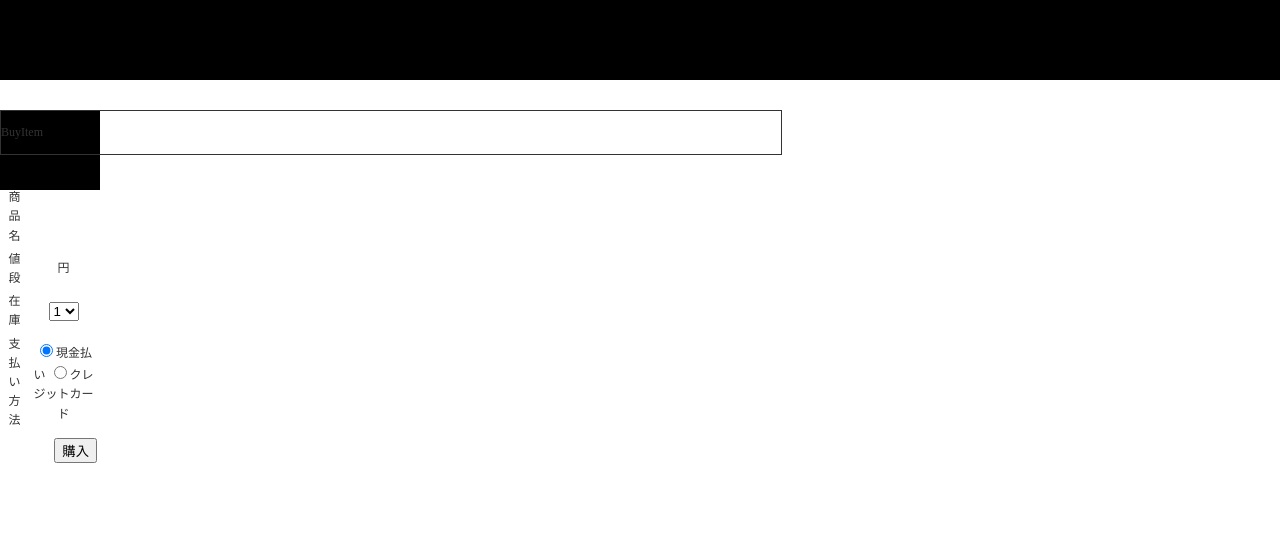
Repository: shimizuyusuke/backup
Page: http://localhost/template/byItem.jsp
An editor plug-in stored every save of this project. The page is shown before and after the next save, followed by the edit.
The browser window is 1280 px wide. The pictures show the whole page.
The page is served by Tomcat 9.

Above is the page before, as saved 2018-01-30 03:35:48.

After the next save:
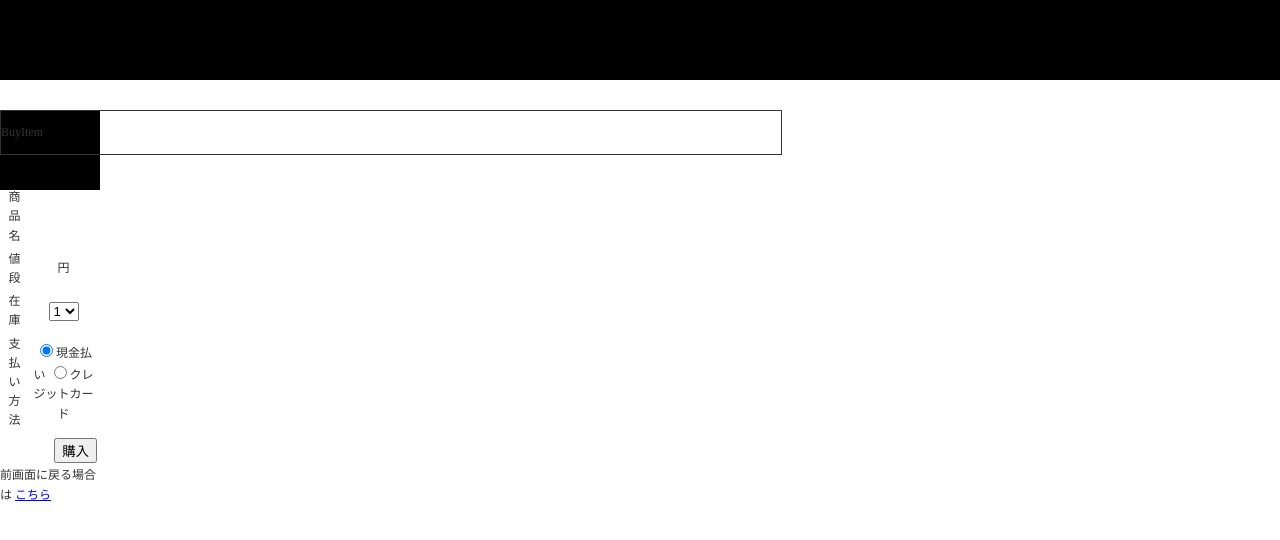
Saved 28 min 36 s later.
--- a/template/WebContent/byItem.jsp
+++ b/template/WebContent/byItem.jsp
@@ -106,24 +106,18 @@
                            <tr>
                               <td>
                                   <s:submit value="購入" />
+                              </td>
+                           </tr>
 
-
-                              </table></s:form></div></div>
-
-
-
-
-
-
-
-
-
-
-
-
-
-
-
-
+				</table>
+				</s:form>
+				        <div>
+				            <span>前画面に戻る場合は</span>
+				            <a href='<s:url action="HomeAction"/>'>こちら</a>
+				        </div>
+				        </div>
+				        </div>
+				        <div id="pr">
+				        </div>
 </body>
 </html>
